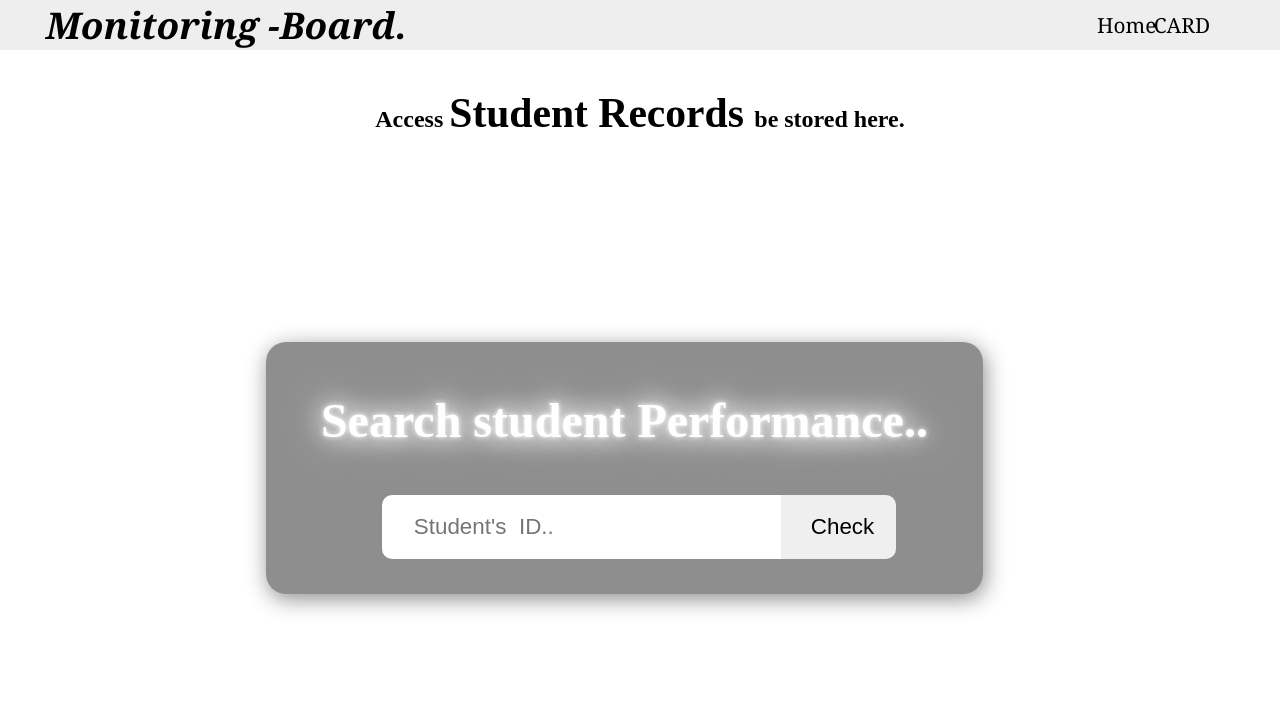
Repository: 3x3cu7er/Shax_001
Page: http://localhost/root_parent/
These files come from the project's save history. The page is drawn as it stood at one moment and after the next save; the edit follows.
The browser window is 1280 px wide. The pictures show the whole page.
An inner scrolling area shows only its first screen. The page is served by the project's application, run on Django 4.2 (manage.py). Other server files are loaded and not shown.

Above is the page before, as saved 2024-01-19 17:53:12.

### _3x3c47er_Sino_sys/template/root_parent.html
{% load static %}
<!DOCTYPE html>
<html lang="en">
  <head>
    <meta charset="UTF-8" />
    <meta name="viewport" content="width=device-width, initial-scale=1.0" />
    <title>...</title>
    <link rel="stylesheet" href="{% static '/css/parent.css' %}" />
  </head>
  <body>
    <div class="container">
      <!-- navigation system -->
      <div class="nav">
        <div class="logo">Monitoring -Board.</div>
        <div class="links">
          <a href="{% url 'xlanding'%}">Home</a>
          <a href="#CARD">CARD</a>
        </div>
      </div>
      <div class="elements">
        <a href="{% url 'xmain'%}" class="under">Home</a>
        <a href="{% url 'temp_access_student'%}">Records</a>
        <a href="{% url 'xupdate'%}">Update</a>

        <a href="#later">Alerts</a>
      </div>
      <!-- platforms -->
      <div class="platforms">
        <h2>Access <span> Student Records </span> be stored here.</h2>
        <div class="section">
          <div class="formContainer">
            <h1>Search student Performance..</h1>
            <div class="search">
              <form action="" method="get">
                {% csrf_token %}
                <input
                  type="text"
                  placeholder="Student's  ID.."
                  name="search"
                  id="search"
                />
                <input type="submit" value="Check" name="searchBtn" id="btn" />
              </form>
            </div>
          </div>
          <div class="formContainer2" id="CARD">
            <div class="id">
              <h1>R e s u l t..</h1>
            </div>
            <div class="id">
              <h2>Student Username : <span>{{usRefname}}</span></h2>
            </div>
            <div class="id">
              <h2>Student RefNumber : <span>{{ref}}</span></h2>
            </div>

            <div class="id">
              <h2>Academic Status : <span>{{status}}</span></h2>
            </div>
            <div class="id">
              <h2>Cumulative Weighted Average (CWA) : <span>{{cwa}}</span></h2>
            </div>
          </div>
        </div>
      </div>
    </div>
  </body>
</html>

### _3x3c47er_Sino_sys/_hadez_/views.py
from django.shortcuts import render

# Create your views here.
# system navs


def x1(request):
    return render(request, "xterminal.html")


# system navs
def x2(request):
    return render(request, "xupdate.html")


# system navs
def x3(request):
    return render(request, "xbase.html")


# system navs
def x4(request):
    return render(request, "xmain.html")


# system navs
def x5(request):
    return render(request, "sys_manage.html")


# system navs
def x6(request):
    return render(request, "root_parent.html")


# system navs
def x7(request):
    return render(request, "dash_content_overview.html")


# system navs
def x8(request):

    # if request.method == 'POST':
    #     uname = '*****'
    #     addr = 'account@mail.com'
    #     refnum = '**********'
    #     commentRef = request.POST.get('comID')
    #     label = request.POST.get('label')
    #     message = request.POST.get('message')
    #     newComment = comments(commentID=commentRef, label=label, details=message)
    #     newComment.save()

    if request.method == 'GET':
        uname = '*****'
        addr = 'account@mail.com'
        refnum = '**********'
        ref = request.GET.get('search')
        # users = userCredentials.objects.all()
        # for userAccount in users:
        #     if str(userAccount.referenceNumber) == str(ref):
        #         print('yh..')
        #         uname = userAccount.uname
        #         addr = userAccount.Address
        #         refnum = userAccount.referenceNumber

    return render(request, 'xlanding.html', {'uname':uname, 'addr':addr, 'refnum':refnum})


# system navs
def x9(request):
    return render(request, "xhome.html")


# system navs
def x10(request):
    return render(request, "board_confg.html")


# system navs
def x11(request):
    return render(request, "temp_access_stud.html")


# system navs
def x12(request):
    return render(request, "xactive.html")


# system navs
def x13(request):
    return render(request, "xplatform.html")


# system navs
def x14(request):
    return render(request, "sys_major.html")

### _3x3c47er_Sino_sys/_3x3c47er_Sino_sys/urls.py
"""_3x3c47er_Sino_sys URL Configuration

The `urlpatterns` list routes URLs to views. For more information please see:
    https://docs.djangoproject.com/en/4.0/topics/http/urls/
Examples:
Function views
    1. Add an import:  from my_app import views
    2. Add a URL to urlpatterns:  path('', views.home, name='home')
Class-based views
    1. Add an import:  from other_app.views import Home
    2. Add a URL to urlpatterns:  path('', Home.as_view(), name='home')
Including another URLconf
    1. Import the include() function: from django.urls import include, path
    2. Add a URL to urlpatterns:  path('blog/', include('blog.urls'))
"""
from django.contrib import admin
from django.urls import path, include

urlpatterns = [
    path('admin/', admin.site.urls),
    path("", include("_hadez_.urls")),
    path("xterminal/", include("_hadez_.urls")),
    path('main/', include('_hadez_.urls')),
    path('update-my-data/', include('_hadez_.urls')),
    path('records/', include('_hadez_.urls')),
    path('menu/', include('_hadez_.urls')),
    path('monitor/', include('_hadez_.urls')),
    path('platform/', include('_hadez_.urls')),
]

### _3x3c47er_Sino_sys/_hadez_/urls.py
from django.urls import path
from . import views
urlpatterns = [
    path("", views.x1, name="xterminal"),
    path("xterminal/", views.x1, name="xterminal"),
    path("xupdate/", views.x2, name="xupdate"),
    path("xbase/", views.x3, name="xbase"),
    path("xmain/", views.x4, name="xmain"),
    path("sys_manage/", views.x5, name="sys_manage"),
    path("root_parent/", views.x6, name="root_parent"),
    path("dash_content_overview/", views.x7, name="dash_content_overview"),
    path("xlanding/", views.x8, name="xlanding"),
    path("xhome/", views.x9, name="xhome"),
    path("board_confg/", views.x10 , name="board_confg"),
    path("temp_access_student/", views.x11 , name="temp_access_student"),
    path("xactive/", views.x12 , name="xactive"),
    path("xplatform/", views.x13 , name="xplatform"),
    path("sys_major/", views.x14 , name="sys_major"),
]

### _3x3c47er_Sino_sys/static/css/parent.css
* {
  margin: 0;
  padding: 0;
  box-sizing: border-box;
}
body {
  width: 100%;
  height: 100vh;
  display: flex;
  flex-direction: column;
  overflow: hidden;
}
.container {
  width: 100%;
  height: 100%;
  overflow: hidden;
}

.elements {
  width: 20%;
  height: 25%;
  position: relative;
  left: 7%;
  display: flex;
  align-items: center;
  text-align: center;
  flex-direction: column;
  background: #eee;
  display: none;
}
.elements a {
  text-decoration: none;
  color: white;
  margin-top: 0.2%;
  width: 100%;
  height: 25%;
  background: black;
  display: flex;
  justify-content: center;
  align-items: center;
}
.nav {
  width: 100%;
  height: 7%;
  overflow: hidden;
  position: sticky;
  top: 0;
  text-align: center;
  background: #eee;
  display: flex;
  gap: 45%;
}
.nav .logo {
  width: 45%;
  height: 100%;
  display: flex;
  justify-content: center;
  align-items: center;
  text-align: center;
  font-size: 2.3rem;
  font-weight: bold;
  font-style: italic;
  font-family: Georgia, "Times New Roman", Times, serif;
}

.nav .links {
  width: 25%;
  height: 100%;
  display: flex;
  gap: 2%;
  align-items: center;
  justify-content: center;
  font-size: 1.2rem;
  font-family: Georgia, "Times New Roman", Times, serif;
  text-decoration: none;
  transition: 0.5s ease-in-out;
  -webkit-transition: 0.5s ease-in-out;
  -moz-transition: 0.5s ease-in-out;
  -ms-transition: 0.5s ease-in-out;
  -o-transition: 0.5s ease-in-out;
}
.nav .links a {
  text-decoration: none;
  font-size: 1.3rem;
  width: 20%;
  height: 100%;
  display: flex;
  align-items: center;
  justify-content: center;
  color: black;
}

.under {
  border-bottom: 0.3rem solid red;
}
.platforms {
  height: 93%;
  width: 100%;
  overflow: auto;
  text-align: center;
  padding-top: 3%;
  transition: 0.5s ease-in-out;
  -webkit-transition: 0.5s ease-in-out;
  -moz-transition: 0.5s ease-in-out;
  -ms-transition: 0.5s ease-in-out;
  -o-transition: 0.5s ease-in-out;
}

.search {
  width: 100%;
  height: 10%;
  margin-top: 1%;
  margin-left: 5%;
}

form input[type="text"] {
  width: 70%;
  height: 4rem;
  margin: 2% 0 1rem 5%;
  padding-left: 2rem;
  outline: none;
  border-radius: 10px;
  border: none;
  font-size: 1.4rem;
  border-top-right-radius: 0;
  border-bottom-right-radius: 0;
}

form input[type="submit"] {
  width: 19.9%;
  height: 4rem;
  margin: 2% 0 1rem -1%;
  padding-left: 0.5rem;
  outline: none;
  border-radius: 10px;
  border: none;
  font-size: 1.4rem;
  text-align: center;
  border-top-left-radius: 0;
  border-bottom-left-radius: 0;
}
.platforms h2 {
  animation: enlarge 1s linear infinite;
  -webkit-animation: enlarge 1s linear infinite;
}

.platforms h2 span {
  font-size: 2.6rem;
}
.section {
  width: 80%;
  height: 100%;
  margin-left: 10px;
  margin-top: 1%;
  border-radius: 60px;
  -webkit-border-radius: 60px;
  -moz-border-radius: 60px;
  -ms-border-radius: 60px;
  -o-border-radius: 60px;
}
.formContainer {
  margin-top: 20%;
  width: 70%;
  height: 40%;
  background: rgba(0, 0, 0, 0.443);
  box-shadow: 2px 5px 1.4rem rgba(0, 0, 0, 0.448);
  border-radius: 20px;
  margin-left: 25%;
  -webkit-border-radius: 20px;
  -moz-border-radius: 20px;
  -ms-border-radius: 20px;
  -o-border-radius: 20px;
  padding-top: 5%;
  overflow: hidden;
  margin-bottom: 15%;
}
.formContainer2 {
  margin-top: 15%;
  width: 100%;
  height: 100%;
  background: rgba(0, 0, 0, 0.443);
  box-shadow: 2px 5px 1.4rem rgba(0, 0, 0, 0.448);
  border-radius: 20px;
  margin-left: 12%;
  -webkit-border-radius: 20px;
  -moz-border-radius: 20px;
  -ms-border-radius: 20px;
  -o-border-radius: 20px;
  padding-top: 5%;
  overflow: auto;
  margin-bottom: 30%;
}
.id {
  width: 80%;
  height: 20%;
  border-radius: 10px;

  box-shadow: 2px 5px 2rem rgba(0, 0, 0, 0.428);
  margin: 3% 0 2% 10%;
  -webkit-border-radius: 10px;
  -moz-border-radius: 10px;
  -ms-border-radius: 10px;
  -o-border-radius: 10px;
  overflow: hidden;
  display: flex;
  justify-content: center;
  align-items: center;
  justify-items: center;
}
.formContainer h1,
.formContainer2 h1 {
  font-size: 3rem;
  color: white;
  text-shadow: 0 0 5px white, 0 0 25px white, 0 0 35px white;
}
.formContainer h3 {
  font-size: 3rem;
}
.formItem label {
  margin-top: 2%;
  margin-left: 5%;
  font-size: 1.25rem;
}
form {
  width: 80%;
  height: 100%;
  margin-top: 5%;
  margin-left: 5%;
  margin-bottom: 10%;
}

.formItem input[type="text"],
.formItem input[type="email"],
.formItem input[type="password"] {
  outline: none;
  border: none;
  width: 84%;
  padding-left: 1rem;
  margin-top: 4%;
  font-size: 1.2rem;
  font-family: Georgia, "Times New Roman", Times, serif;
  height: 6vh;
  margin-left: 13%;
  border-radius: 5px;
  -webkit-border-radius: 5px;
  -moz-border-radius: 5px;
  -ms-border-radius: 5px;
  -o-border-radius: 5px;
}
.formItem input[type="submit"] {
  outline: none;
  border: none;
  width: 84%;
  padding-left: 1rem;
  font-size: 2rem;
  font-family: Georgia, "Times New Roman", Times, serif;
  height: 7vh;
  margin-left: 13%;
  border-radius: 5px;
  -webkit-border-radius: 5px;
  -moz-border-radius: 5px;
  -ms-border-radius: 5px;
  -o-border-radius: 5px;
  margin-top: 5%;
}

.formItem {
  display: flex;
  flex-direction: column;
}

@media screen and (max-width: 50rem) {
  body {
    width: 100%;
    height: 100vh;
    transition: 0.5s ease-in-out;
    -webkit-transition: 0.5s ease-in-out;
    -moz-transition: 0.5s ease-in-out;
    -ms-transition: 0.5s ease-in-out;
    -o-transition: 0.5s ease-in-out;
    display: flex;
    align-items: center;
    justify-content: center;
  }
  .container {
    width: 100%;
    height: 100%;
  }

  .search input[type="text"] {
    width: 25%;
    height: 4rem;
    margin: 2% 0 1rem 1%;
    padding-left: 2rem;
    outline: none;
    border: 2px solid #3c1962;
    border-radius: 10px;
    font-size: 1.4rem;
    border-top-right-radius: 0;
    border-bottom-right-radius: 0;
    -webkit-border-radius: 10px;
    -moz-border-radius: 10px;
    -ms-border-radius: 10px;
    -o-border-radius: 10px;
  }

  .search input[type="submit"] {
    width: 19.9%;
    height: 4rem;
    margin: 2% 0 1rem 1%;
    padding-left: 0.5rem;
    outline: none;
    border-radius: 10px;
    border: 2px solid #3c1962;
    font-size: 1.4rem;
    text-align: center;
    border-radius: 10px;
    -webkit-border-radius: 10px;
    -moz-border-radius: 10px;
    -ms-border-radius: 10px;
    -o-border-radius: 10px;
  }
  .platforms {
    width: 100%;
    height: 100%;
  }
  .section:first-child {
    flex-direction: column;
  }
  .rigthSide,
  .leftSide {
    display: none;
  }
  .middleContent {
    width: 100%;
    height: 100%;
  }
  .nav {
    display: flex;
    gap: 2rem;
  }
  .nav .links {
    display: none;
  }
  .nav .logo {
    font-size: 1.2rem;
    width: 60%;
  }
  .middleContent #top,
  .middleContent #bottom {
    animation: none;
    -webkit-animation: none;
    height: 40%;
    position: relative;
    left: 1px;
    border-radius: 20px;
    -webkit-border-radius: 20px;
    -moz-border-radius: 20px;
    -ms-border-radius: 20px;
    -o-border-radius: 20px;
  }
  .middleContent .data {
    width: 98%;
    height: 50%;
  }

  #details .details:first-child {
    display: none;
  }
  #details .details:last-child {
    width: 99%;
    height: 100%;
  }
  .form {
    height: 80%;
  }
  .formItem {
    margin-top: 5%;
  }
  form {
    height: 80%;
  }
  .platforms h2 {
    display: none;
  }
  #details,
  #later {
    height: 70%;
  }
  .section {
    height: 80%;
    width: 100%;
    position: relative;
    right: 25%;
  }
  .formItem input[type="text"],
  .formItem input[type="email"],
  .formItem input[type="password"] {
    width: 98%;
    position: relative;
    right: 10%;
  }
  #later {
    margin-bottom: 15%;
  }
  .formContainer {
    width: 95%;
    height: 40%;
  }
  .formContainer2 {
    width: 95%;
    height: 100%;
    margin-left: 25%;
  }
  .formContainer h3 {
    font-size: 1.5rem;
    margin-top: 5%;
  }
}

After the next save:
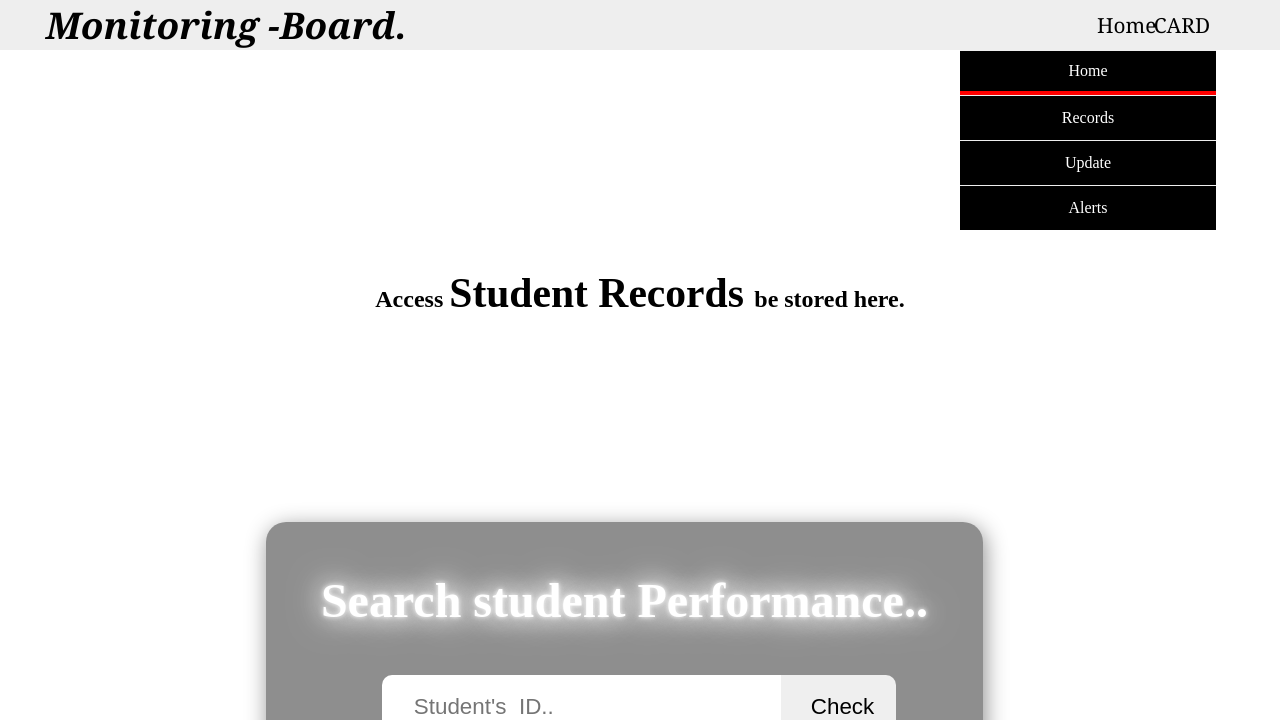
Saved 52 s later.
--- a/_3x3c47er_Sino_sys/static/css/parent.css
+++ b/_3x3c47er_Sino_sys/static/css/parent.css
@@ -20,13 +20,13 @@ body {
   width: 20%;
   height: 25%;
   position: relative;
-  left: 7%;
+  left: 75%;
   display: flex;
   align-items: center;
   text-align: center;
   flex-direction: column;
   background: #eee;
-  display: none;
+  //display: none;
 }
 .elements a {
   text-decoration: none;
